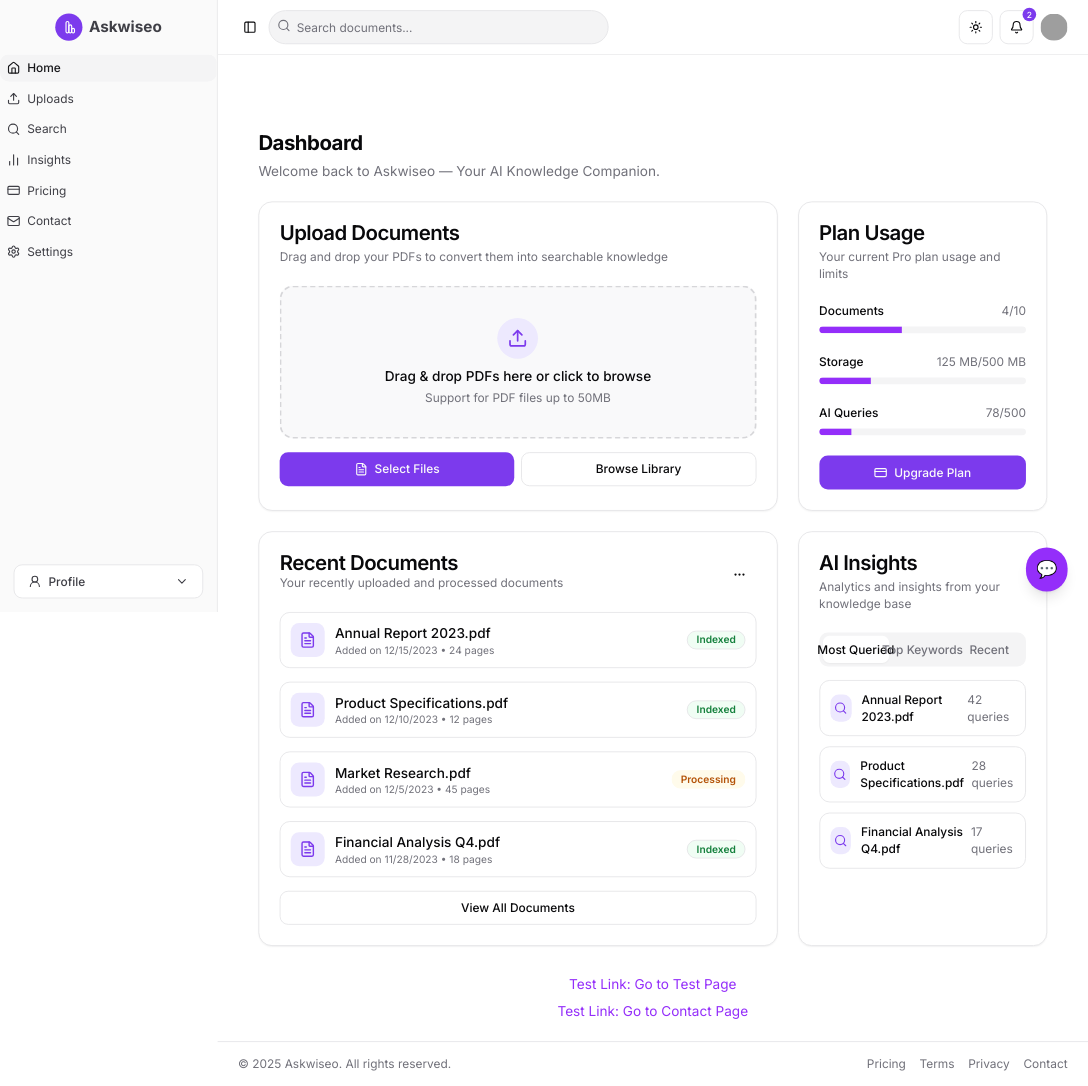
Repository: Arunkumar158/Askwiseo
Page: /
These files come from the project's save history. The page is drawn as it stood at one moment and after the next save; the edit follows.
The browser window is 1280 px wide. The pictures show the whole page, at 85% of full size.
Pictures or frames that could not be fetched are drawn as grey boxes. The project was rebuilt for these pictures with package versions that can differ from the ones it lists, and the page was loaded fresh each time. The framework's server and built-in components were replaced by stand-ins that run in the browser. Also part of the build but not shown: next.config.mjs, components/ui/separator.tsx, components/ui/sheet.tsx, components/ui/skeleton.tsx.

Above is the page before, as saved 2025-06-11 10:07:28.

### app/layout.tsx
import type React from "react"
import "@/app/globals.css"
import type { Metadata, Viewport } from "next"
import { Inter } from "next/font/google"
import { ThemeProvider } from "@/components/theme-provider"
import { Header } from "@/components/header"
import { SiteFooter } from "@/components/site-footer"
import { AppSidebar } from "@/components/app-sidebar"
import { SidebarProvider } from "@/components/ui/sidebar"
import { Toaster } from "@/components/ui/sonner"
import { FeedbackButton } from "@/components/feedback-button"
import { LayoutContent } from "../components/layout-content"
import { AuthProvider } from "@/contexts/AuthContext"

const inter = Inter({
  subsets: ["latin"],
  display: 'swap',
  variable: '--font-inter',
})

export const viewport: Viewport = {
  width: 'device-width',
  initialScale: 1,
  maximumScale: 1,
  themeColor: [
    { media: '(prefers-color-scheme: light)', color: 'white' },
    { media: '(prefers-color-scheme: dark)', color: 'black' },
  ],
}

export const metadata: Metadata = {
  metadataBase: new URL('https://askwiseo.com'),
  title: {
    default: "Askwiseo - AI Knowledge Companion",
    template: "%s | Askwiseo"
  },
  description: "Convert PDFs into searchable knowledge bases with AI. Unlock insights from your documents using advanced AI technology.",
  keywords: ["AI", "knowledge base", "PDF conversion", "document search", "artificial intelligence"],
  authors: [{ name: "Askwiseo Team" }],
  creator: "Askwiseo",
  openGraph: {
    type: 'website',
    locale: 'en_US',
    url: 'https://askwiseo.com',
    title: 'Askwiseo - AI Knowledge Companion',
    description: 'Convert PDFs into searchable knowledge bases with AI',
    siteName: 'Askwiseo',
  },
  twitter: {
    card: 'summary_large_image',
    title: 'Askwiseo - AI Knowledge Companion',
    description: 'Convert PDFs into searchable knowledge bases with AI',
    creator: '@askwiseo',
  },
  robots: {
    index: true,
    follow: true,
    googleBot: {
      index: true,
      follow: true,
      'max-video-preview': -1,
      'max-image-preview': 'large',
      'max-snippet': -1,
    },
  },
}

export default function RootLayout({
  children,
}: {
  children: React.ReactNode
}) {
  return (
    <html lang="en" suppressHydrationWarning className={inter.variable}>
      <body className={inter.className}>
        <AuthProvider>
          <ThemeProvider attribute="class" defaultTheme="system" enableSystem>
            <SidebarProvider>
              <LayoutContent>{children}</LayoutContent>
              <FeedbackButton />
            </SidebarProvider>
            <Toaster />
          </ThemeProvider>
        </AuthProvider>
      </body>
    </html>
  )
}

### app/page.tsx
import { DashboardHeader } from "@/components/dashboard/header"
import { DashboardShell } from "@/components/dashboard/shell"
import { UploadSection } from "@/components/dashboard/upload-section"
import { RecentDocuments } from "@/components/dashboard/recent-documents"
import { AIInsights } from "@/components/dashboard/ai-insights"
import { PlanTracker } from "@/components/dashboard/plan-tracker"
import Link from "next/link"

export default function DashboardPage() {
  return (
    <DashboardShell>
      <DashboardHeader heading="Dashboard" text="Welcome back to Askwiseo — Your AI Knowledge Companion." />
      <div className="grid gap-4 md:gap-6">
        <div className="grid gap-4 md:gap-6 md:grid-cols-2 lg:grid-cols-3">
          <UploadSection className="md:col-span-2 lg:col-span-2" />
          <PlanTracker className="md:col-span-1 lg:col-span-1" />
        </div>
        <div className="grid gap-4 md:gap-6 md:grid-cols-2 lg:grid-cols-3">
          <RecentDocuments className="md:col-span-2 lg:col-span-2" />
          <AIInsights className="md:col-span-2 lg:col-span-1" />
        </div>
      </div>
      <div className="mt-8 text-center space-y-2">
        <Link href="/test" className="block text-primary hover:underline">
          Test Link: Go to Test Page
        </Link>
        <Link href="/contact" className="block text-primary hover:underline">
          Test Link: Go to Contact Page
        </Link>
      </div>
    </DashboardShell>
  )
}

### components/ui/sonner.tsx
"use client"

import { useTheme } from "next-themes"
import { Toaster as Sonner } from "sonner"

type ToasterProps = React.ComponentProps<typeof Sonner>

const Toaster = ({ ...props }: ToasterProps) => {
  const { theme = "system" } = useTheme()

  return (
    <Sonner
      theme={theme as ToasterProps["theme"]}
      className="toaster group"
      toastOptions={{
        classNames: {
          toast:
            "group toast group-[.toaster]:bg-background group-[.toaster]:text-foreground group-[.toaster]:border-border group-[.toaster]:shadow-lg",
          description: "group-[.toast]:text-muted-foreground",
          actionButton:
            "group-[.toast]:bg-primary group-[.toast]:text-primary-foreground",
          cancelButton:
            "group-[.toast]:bg-muted group-[.toast]:text-muted-foreground",
        },
      }}
      {...props}
    />
  )
}

export { Toaster }

### components/layout-content.tsx
"use client"

import { usePathname } from "next/navigation"
import { Header } from "@/components/header"
import { SiteFooter } from "@/components/site-footer"
import { AppSidebar } from "@/components/app-sidebar"

interface LayoutContentProps {
  children: React.ReactNode
}

export function LayoutContent({ children }: LayoutContentProps) {
  const pathname = usePathname()
  const isAuthPage = pathname === "/signin" || pathname === "/signup"

  return (
    <div className="flex min-h-screen flex-col md:flex-row">
      {!isAuthPage && <AppSidebar />}
      <div className="flex-1 flex flex-col min-h-screen">
        {!isAuthPage && <Header />}
        <main className="flex-1 pt-16 px-4 md:px-6">{children}</main>
        <SiteFooter />
      </div>
    </div>
  )
}

### components/dashboard/header.tsx
import type React from "react"
import { cn } from "@/lib/utils"

interface DashboardHeaderProps {
  heading: string
  text?: string
  children?: React.ReactNode
  className?: string
}

export function DashboardHeader({ heading, text, children, className }: DashboardHeaderProps) {
  return (
    <div className={cn("mb-6 flex flex-col gap-1", className)}>
      <h1 className="text-2xl font-bold tracking-tight">{heading}</h1>
      {text && <p className="text-muted-foreground">{text}</p>}
      {children}
    </div>
  )
}

### components/dashboard/shell.tsx
import type React from "react"
import { cn } from "@/lib/utils"

interface DashboardShellProps extends React.HTMLAttributes<HTMLDivElement> {}

export function DashboardShell({ children, className, ...props }: DashboardShellProps) {
  return (
    <div className={cn("container px-4 py-6 md:px-6", className)} {...props}>
      {children}
    </div>
  )
}

### lib/utils.ts
import { type ClassValue, clsx } from "clsx"
import { twMerge } from "tailwind-merge"

export function cn(...inputs: ClassValue[]) {
  return twMerge(clsx(inputs))
}

export const fadeIn = {
  initial: { opacity: 0 },
  animate: { opacity: 1 },
  exit: { opacity: 0 },
  transition: { duration: 0.3 },
}

export const slideIn = {
  initial: { x: -20, opacity: 0 },
  animate: { x: 0, opacity: 1 },
  exit: { x: 20, opacity: 0 },
  transition: { duration: 0.3 },
}

### components/ui/input.tsx
import * as React from "react"

import { cn } from "@/lib/utils"

const Input = React.forwardRef<HTMLInputElement, React.ComponentProps<"input">>(
  ({ className, type, ...props }, ref) => {
    return (
      <input
        type={type}
        className={cn(
          "flex h-10 w-full rounded-md border border-input bg-background px-3 py-2 text-base ring-offset-background file:border-0 file:bg-transparent file:text-sm file:font-medium file:text-foreground placeholder:text-muted-foreground focus-visible:outline-none focus-visible:ring-2 focus-visible:ring-ring focus-visible:ring-offset-2 disabled:cursor-not-allowed disabled:opacity-50 md:text-sm",
          className
        )}
        ref={ref}
        {...props}
      />
    )
  }
)
Input.displayName = "Input"

export { Input }

### components/ui/tooltip.tsx
"use client"

import * as React from "react"
import * as TooltipPrimitive from "@radix-ui/react-tooltip"

import { cn } from "@/lib/utils"

const TooltipProvider = TooltipPrimitive.Provider

const Tooltip = TooltipPrimitive.Root

const TooltipTrigger = TooltipPrimitive.Trigger

const TooltipContent = React.forwardRef<
  React.ElementRef<typeof TooltipPrimitive.Content>,
  React.ComponentPropsWithoutRef<typeof TooltipPrimitive.Content>
>(({ className, sideOffset = 4, ...props }, ref) => (
  <TooltipPrimitive.Content
    ref={ref}
    sideOffset={sideOffset}
    className={cn(
      "z-50 overflow-hidden rounded-md border bg-popover px-3 py-1.5 text-sm text-popover-foreground shadow-md animate-in fade-in-0 zoom-in-95 data-[state=closed]:animate-out data-[state=closed]:fade-out-0 data-[state=closed]:zoom-out-95 data-[side=bottom]:slide-in-from-top-2 data-[side=left]:slide-in-from-right-2 data-[side=right]:slide-in-from-left-2 data-[side=top]:slide-in-from-bottom-2 origin-[--radix-tooltip-content-transform-origin]",
      className
    )}
    {...props}
  />
))
TooltipContent.displayName = TooltipPrimitive.Content.displayName

export { Tooltip, TooltipTrigger, TooltipContent, TooltipProvider }

### lib/firebase.ts
import { initializeApp, getApps } from 'firebase/app';
import { getAuth, GoogleAuthProvider } from 'firebase/auth';
import { getFirestore, initializeFirestore, persistentLocalCache, persistentMultipleTabManager } from 'firebase/firestore';
import { getStorage } from 'firebase/storage';

// Your web app's Firebase configuration
const firebaseConfig = {
  apiKey: "AIzaSyCTeYio9RttlnkW5K2_LJHQ9RS8_I8NHCc",
  authDomain: "askwiseo.firebaseapp.com",
  projectId: "askwiseo",
  storageBucket: "askwiseo.firebasestorage.app",
  messagingSenderId: "667669394270",
  appId: "1:667669394270:web:03dc545c668970baffd5cf",
  measurementId: "G-NB231VHD6Q"
};

// Validate Firebase configuration
if (!firebaseConfig.apiKey || !firebaseConfig.projectId) {
  throw new Error('Firebase configuration is missing required fields');
}

// Initialize Firebase
let app;
try {
  app = getApps().length === 0 ? initializeApp(firebaseConfig) : getApps()[0];
} catch (error) {
  console.error('Firebase initialization failed:', error);
  throw new Error('Failed to initialize Firebase. Please check your configuration.');
}

// Initialize Firebase services
const auth = getAuth(app);
const googleProvider = new GoogleAuthProvider();
const storage = getStorage(app);

// Initialize Firestore with persistent cache
const db = initializeFirestore(app, {
  localCache: persistentLocalCache({
    tabManager: persistentMultipleTabManager()
  })
});

// Add error listener for Firestore
db.onError = (error) => {
  console.error('Firestore error:', error);
};

export { auth, googleProvider, db, storage };

### components/site-footer.tsx
import Link from "next/link"

export function SiteFooter() {
  return (
    <footer className="border-t py-4">
      <div className="container flex flex-col items-center justify-between gap-4 px-4 md:flex-row md:px-6">
        <p className="text-center text-sm text-muted-foreground md:text-left">
          &copy; {new Date().getFullYear()} Askwiseo. All rights reserved.
        </p>
        <div className="flex gap-4">
          <Link href="/pricing" className="text-sm text-muted-foreground hover:text-foreground">
            Pricing
          </Link>
          <Link href="/terms-privacy" className="text-sm text-muted-foreground hover:text-foreground">
            Terms
          </Link>
          <Link href="/terms-privacy#privacy" className="text-sm text-muted-foreground hover:text-foreground">
            Privacy
          </Link>
          <Link href="/contact" className="text-sm text-muted-foreground hover:text-foreground">
            Contact
          </Link>
        </div>
      </div>
    </footer>
  )
}

### components/ui/card.tsx
import * as React from "react"

import { cn } from "@/lib/utils"

const Card = React.forwardRef<
  HTMLDivElement,
  React.HTMLAttributes<HTMLDivElement>
>(({ className, ...props }, ref) => (
  <div
    ref={ref}
    className={cn(
      "rounded-lg border bg-card text-card-foreground shadow-sm",
      className
    )}
    {...props}
  />
))
Card.displayName = "Card"

const CardHeader = React.forwardRef<
  HTMLDivElement,
  React.HTMLAttributes<HTMLDivElement>
>(({ className, ...props }, ref) => (
  <div
    ref={ref}
    className={cn("flex flex-col space-y-1.5 p-6", className)}
    {...props}
  />
))
CardHeader.displayName = "CardHeader"

const CardTitle = React.forwardRef<
  HTMLDivElement,
  React.HTMLAttributes<HTMLDivElement>
>(({ className, ...props }, ref) => (
  <div
    ref={ref}
    className={cn(
      "text-2xl font-semibold leading-none tracking-tight",
      className
    )}
    {...props}
  />
))
CardTitle.displayName = "CardTitle"

const CardDescription = React.forwardRef<
  HTMLDivElement,
  React.HTMLAttributes<HTMLDivElement>
>(({ className, ...props }, ref) => (
  <div
    ref={ref}
    className={cn("text-sm text-muted-foreground", className)}
    {...props}
  />
))
CardDescription.displayName = "CardDescription"

const CardContent = React.forwardRef<
  HTMLDivElement,
  React.HTMLAttributes<HTMLDivElement>
>(({ className, ...props }, ref) => (
  <div ref={ref} className={cn("p-6 pt-0", className)} {...props} />
))
CardContent.displayName = "CardContent"

const CardFooter = React.forwardRef<
  HTMLDivElement,
  React.HTMLAttributes<HTMLDivElement>
>(({ className, ...props }, ref) => (
  <div
    ref={ref}
    className={cn("flex items-center p-6 pt-0", className)}
    {...props}
  />
))
CardFooter.displayName = "CardFooter"

export { Card, CardHeader, CardFooter, CardTitle, CardDescription, CardContent }

### components/ui/progress.tsx
"use client"

import * as React from "react"
import * as ProgressPrimitive from "@radix-ui/react-progress"

import { cn } from "@/lib/utils"

const Progress = React.forwardRef<
  React.ElementRef<typeof ProgressPrimitive.Root>,
  React.ComponentPropsWithoutRef<typeof ProgressPrimitive.Root>
>(({ className, value, ...props }, ref) => (
  <ProgressPrimitive.Root
    ref={ref}
    className={cn(
      "relative h-4 w-full overflow-hidden rounded-full bg-secondary",
      className
    )}
    {...props}
  >
    <ProgressPrimitive.Indicator
      className="h-full w-full flex-1 bg-primary transition-all"
      style={{ transform: `translateX(-${100 - (value || 0)}%)` }}
    />
  </ProgressPrimitive.Root>
))
Progress.displayName = ProgressPrimitive.Root.displayName

export { Progress }

### components/ui/badge.tsx
import * as React from "react"
import { cva, type VariantProps } from "class-variance-authority"

import { cn } from "@/lib/utils"

const badgeVariants = cva(
  "inline-flex items-center rounded-full border px-2.5 py-0.5 text-xs font-semibold transition-colors focus:outline-none focus:ring-2 focus:ring-ring focus:ring-offset-2",
  {
    variants: {
      variant: {
        default:
          "border-transparent bg-primary text-primary-foreground hover:bg-primary/80",
        secondary:
          "border-transparent bg-secondary text-secondary-foreground hover:bg-secondary/80",
        destructive:
          "border-transparent bg-destructive text-destructive-foreground hover:bg-destructive/80",
        outline: "text-foreground",
      },
    },
    defaultVariants: {
      variant: "default",
    },
  }
)

export interface BadgeProps
  extends React.HTMLAttributes<HTMLDivElement>,
    VariantProps<typeof badgeVariants> {}

function Badge({ className, variant, ...props }: BadgeProps) {
  return (
    <div className={cn(badgeVariants({ variant }), className)} {...props} />
  )
}

export { Badge, badgeVariants }

### components/theme-toggle.tsx
"use client"

import * as React from "react"
import { Moon, Sun } from "lucide-react"
import { useTheme } from "next-themes"

import { Button } from "@/components/ui/button"
import {
  DropdownMenu,
  DropdownMenuContent,
  DropdownMenuItem,
  DropdownMenuTrigger,
} from "@/components/ui/dropdown-menu"

export function ThemeToggle() {
  const { setTheme } = useTheme()

  return (
    <DropdownMenu>
      <DropdownMenuTrigger asChild>
        <Button variant="outline" size="icon">
          <Sun className="h-[1.2rem] w-[1.2rem] rotate-0 scale-100 transition-all dark:-rotate-90 dark:scale-0" />
          <Moon className="absolute h-[1.2rem] w-[1.2rem] rotate-90 scale-0 transition-all dark:rotate-0 dark:scale-100" />
          <span className="sr-only">Toggle theme</span>
        </Button>
      </DropdownMenuTrigger>
      <DropdownMenuContent align="end">
        <DropdownMenuItem onClick={() => setTheme("light")}>
          Light
        </DropdownMenuItem>
        <DropdownMenuItem onClick={() => setTheme("dark")}>
          Dark
        </DropdownMenuItem>
        <DropdownMenuItem onClick={() => setTheme("system")}>
          System
        </DropdownMenuItem>
      </DropdownMenuContent>
    </DropdownMenu>
  )
}

### components/ui/avatar.tsx
"use client"

import * as React from "react"
import * as AvatarPrimitive from "@radix-ui/react-avatar"

import { cn } from "@/lib/utils"

const Avatar = React.forwardRef<
  React.ElementRef<typeof AvatarPrimitive.Root>,
  React.ComponentPropsWithoutRef<typeof AvatarPrimitive.Root>
>(({ className, ...props }, ref) => (
  <AvatarPrimitive.Root
    ref={ref}
    className={cn(
      "relative flex h-10 w-10 shrink-0 overflow-hidden rounded-full",
      className
    )}
    {...props}
  />
))
Avatar.displayName = AvatarPrimitive.Root.displayName

const AvatarImage = React.forwardRef<
  React.ElementRef<typeof AvatarPrimitive.Image>,
  React.ComponentPropsWithoutRef<typeof AvatarPrimitive.Image>
>(({ className, ...props }, ref) => (
  <AvatarPrimitive.Image
    ref={ref}
    className={cn("aspect-square h-full w-full", className)}
    {...props}
  />
))
AvatarImage.displayName = AvatarPrimitive.Image.displayName

const AvatarFallback = React.forwardRef<
  React.ElementRef<typeof AvatarPrimitive.Fallback>,
  React.ComponentPropsWithoutRef<typeof AvatarPrimitive.Fallback>
>(({ className, ...props }, ref) => (
  <AvatarPrimitive.Fallback
    ref={ref}
    className={cn(
      "flex h-full w-full items-center justify-center rounded-full bg-muted",
      className
    )}
    {...props}
  />
))
AvatarFallback.displayName = AvatarPrimitive.Fallback.displayName

export { Avatar, AvatarImage, AvatarFallback }

### components/sidebar-toggle.tsx
"use client"

import * as React from "react"
import { PanelLeft } from "lucide-react"
import { Button } from "@/components/ui/button"
import { useSidebar } from "@/components/ui/sidebar"

export function SidebarToggle() {
  const { toggleSidebar } = useSidebar()

  return (
    <Button
      variant="ghost"
      size="icon"
      className="h-7 w-7"
      onClick={toggleSidebar}
      data-sidebar="trigger"
    >
      <PanelLeft className="h-4 w-4" />
      <span className="sr-only">Toggle Sidebar</span>
    </Button>
  )
}

### components/notifications/notification-button.tsx
'use client';

import { Bell } from 'lucide-react';
import { Button } from '@/components/ui/button';
import { useRouter } from 'next/navigation';
import { NotificationButtonProps } from '@/lib/types/notification';

export function NotificationButton({
  notifications,
}: NotificationButtonProps) {
  const router = useRouter();
  const unreadCount = notifications.filter((n) => !n.read).length;

  return (
    <Button
      variant="outline"
      size="icon"
      className="relative h-10 w-10 border border-input bg-background hover:bg-accent hover:text-accent-foreground"
      aria-label="Notifications"
      onClick={() => router.push('/notifications')}
    >
      <Bell className="h-4 w-4" />
      <span className="sr-only">Notifications</span>
      {unreadCount > 0 && (
        <span className="absolute -right-1 -top-1 flex h-4 w-4 items-center justify-center rounded-full bg-violet-600 text-[10px] text-white">
          {unreadCount}
        </span>
      )}
    </Button>
  );
}

### hooks/useAuth.ts
"use client";

import { useState, useEffect } from 'react';
import { User } from 'firebase/auth';
import { auth } from '@/lib/firebase';
import { onAuthStateChanged, signOut } from 'firebase/auth';
import { useRouter } from 'next/navigation';
import { toast } from 'sonner';

export function useAuth() {
  const [user, setUser] = useState<User | null>(null);
  const [loading, setLoading] = useState(true);
  const router = useRouter();

  useEffect(() => {
    const unsubscribe = onAuthStateChanged(auth, (user) => {
      console.log("Auth state changed:", user ? "User logged in" : "User logged out");
      setUser(user);
      setLoading(false);
    });

    return () => unsubscribe();
  }, []);

  const handleLogout = async () => {
    try {
      console.log("Starting logout process...");
      await signOut(auth);
      console.log("Firebase signOut successful");
      toast.success("Logged out successfully");
      console.log("Redirecting to signin page...");
      router.push("/(auth)/signin");
    } catch (error) {
      console.error("Logout error:", error);
      toast.error("Failed to logout. Please try again.");
    }
  };

  return {
    user,
    loading,
    handleLogout
  };
}

Loaded but not shown: components/theme-provider.tsx (common file); hooks/use-mobile.tsx (common file); components/ui/sidebar.tsx (773 lines, source omitted); components/ui/dropdown-menu.tsx (200 lines, source omitted); components/ui/feedback-modal.tsx (162 lines, source omitted); components/header.tsx (120 lines, source omitted); components/dashboard/ai-insights.tsx (89 lines, source omitted); components/dashboard/upload-section.tsx (102 lines, source omitted); tailwind.config.ts (102 lines, source omitted); components/dashboard/recent-documents.tsx (88 lines, source omitted); components/app-sidebar.tsx (106 lines, source omitted); components/feedback-button.tsx (97 lines, source omitted); components/dashboard/plan-tracker.tsx (63 lines, source omitted); utils/uploadPDF.ts (78 lines, source omitted); contexts/AuthContext.tsx (80 lines, source omitted); app/globals.css (73 lines, source omitted); components/ui/button.tsx (56 lines, source omitted); components/ui/tabs.tsx (55 lines, source omitted)

After the next save:
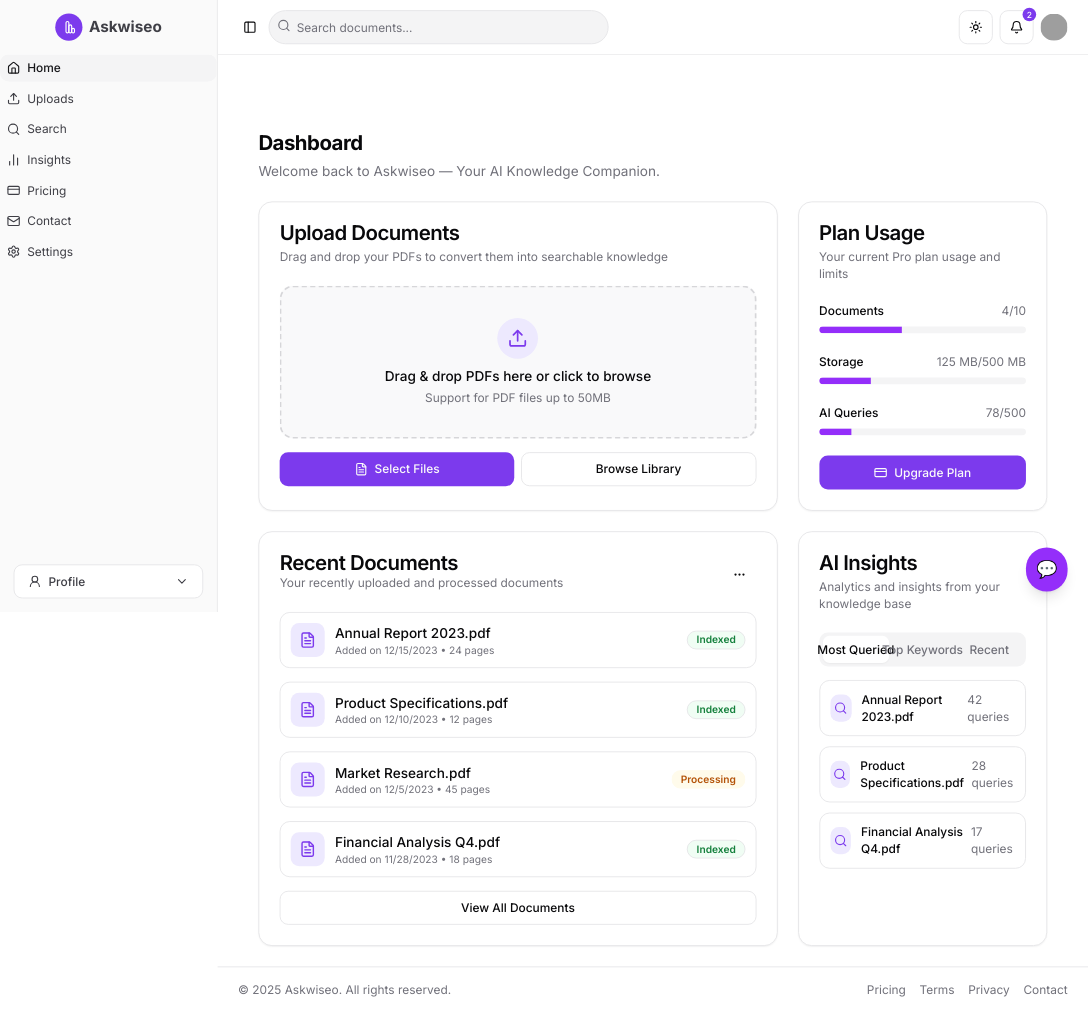
Saved 23 h 56 min later.
--- a/app/page.tsx
+++ b/app/page.tsx
@@ -4,7 +4,6 @@
 import { RecentDocuments } from "@/components/dashboard/recent-documents"
 import { AIInsights } from "@/components/dashboard/ai-insights"
 import { PlanTracker } from "@/components/dashboard/plan-tracker"
-import Link from "next/link"
 
 export default function DashboardPage() {
   return (
@@ -20,14 +19,6 @@
           <AIInsights className="md:col-span-2 lg:col-span-1" />
         </div>
       </div>
-      <div className="mt-8 text-center space-y-2">
-        <Link href="/test" className="block text-primary hover:underline">
-          Test Link: Go to Test Page
-        </Link>
-        <Link href="/contact" className="block text-primary hover:underline">
-          Test Link: Go to Contact Page
-        </Link>
-      </div>
     </DashboardShell>
   )
 }
